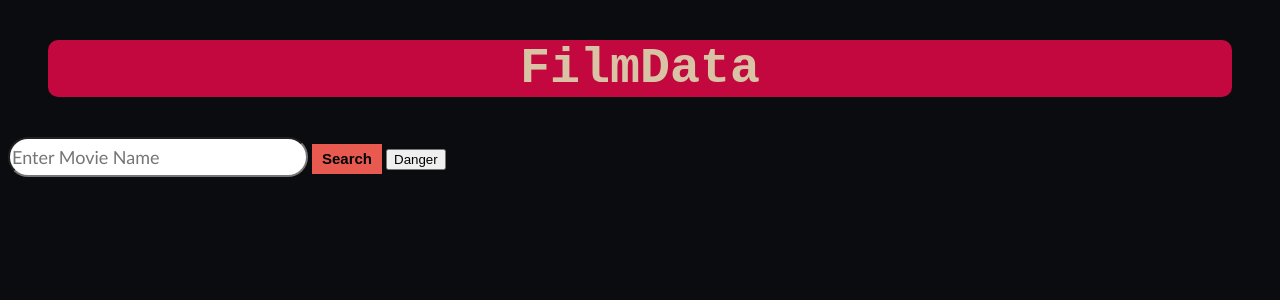
Repository: priyankajainmodi/film_data
Page: index.html
The author's editor kept a copy of each file at every save. The page is drawn from the files as they stood at one save, then again after the next save.
The browser window is 1280 px wide. The pictures show the whole page.

Above is the page before, as saved 2021-11-26 13:39:44.

### index.html
<html>

<head>
    <title>FilmData</title>

    <link rel="icon" href="favicon/favicon.ico" type="image/x-icon">
    <link rel="stylesheet" href="https://cdnjs.cloudflare.com/ajax/libs/font-awesome/4.7.0/css/font-awesome.min.css">

    <meta name="viewport" content="width=device-width, initial-scale=1.0">
    <style>
        #leftbox {
            float: left;
            margin-top: 20;
            width: 30%;
            height: 455px;
            margin-bottom: 30;
        }

        #rightbox {
            float: right;
            margin-top: 20;
            width: 70%;
            height: 455px;
            margin-bottom: 30;
        }

        .button {
            background-color: #E85A4F;
            border: none;
            color: black;
            text-align: center;
            font-size: 15px;
            opacity: 1;
            transition: 0.3s;
            display: inline-block;
            text-decoration: none;
            cursor: pointer;
            height: 30px;
            width: 70px;
        }

        .button:hover {
            opacity: 0.6
        }
    </style>

</head>

<body bgcolor="#0B0C10">
    <h1 id="heading" style="color:#D8C3A5;margin-bottom:50;border-radius:10px; text-align:center;font-family:monospace;background-color:#C3073F;font-size:50px;margin:40px;">FilmData</h1>

    <div id="enter">



        <input class="input" style=" border-radius:20px;height:40;width:300;font-size:18;font-family:calibri;" type="text" placeholder="Enter Movie Name"></input>
        <button class="button"><b>Search</b></button>
        <button type="button" class="btn btn-danger">Danger</button>
    </div>

    <div id="content">
        <div>
            <div id="leftbox">
            </div>
            <div id="rightbox"></div>
        </div>
        <br>
        <br>
        <table id="tb">

        </table>
    </div>

    <script src="https://cdn.jsdelivr.net/npm/axios/dist/axios.min.js"></script>
    <script src="film_data.js"></script>
</body>

</html>

### film_data.js
function reset() {
    while (document.querySelector('iframe') != null) {
        document.querySelector('iframe').remove();
    }
    while (document.querySelector('img') != null) {
        document.querySelector('img').remove();
    }

    let tble = document.querySelector('#tb');
    tble.innerHTML = "";
    while (document.querySelector('h2') != null) {
        document.querySelector('h2').remove();
    }

}
let inp = document.querySelector('input');
let but = document.querySelector('button')



but.onclick = () => {
    fetch(`https://www.omdbapi.com/?t=${inp.value}&apikey=a5b97ecf`)
        .then((res) => { return res.json(); })
        .then((data) => {

            if (data.Response == 'False') {
                reset();
                let p = document.createElement('h2');
                p.append(`${data.Error} \n Check the spelling once`);
                p.style.color = 'white';
                document.querySelector('#leftbox').appendChild(p);

            } else {
                reset();
                let tble = document.querySelector('#tb');
                let row1 = tble.insertRow(0);
                let cell11 = row1.insertCell(0);
                let cell12 = row1.insertCell(1);
                let row2 = tble.insertRow(1);
                let cell21 = row2.insertCell(0);
                let cell22 = row2.insertCell(1);
                let row3 = tble.insertRow(2);
                let cell31 = row3.insertCell(0);
                let cell32 = row3.insertCell(1);
                let row4 = tble.insertRow(3);
                let cell41 = row4.insertCell(0);
                let cell42 = row4.insertCell(1);
                let row5 = tble.insertRow(4);
                let cell51 = row5.insertCell(0);
                let cell52 = row5.insertCell(1);
                let row6 = tble.insertRow(5);
                let cell61 = row6.insertCell(0);
                let cell62 = row6.insertCell(1);
                let video = document.createElement('iframe');
                video.height = 400;
                video.width = 900;
                let img = document.createElement('img');
                let divi1 = document.querySelector('#leftbox');
                divi1.appendChild(img);

                fetch(`https://imdb-api.com/en/API/SearchMovie/k_3pxoshah/${inp.value}`)
                    .then(res => { return res.json(); })
                    .then((data) => { return data.results[0].id })
                    .then((title) => {

                        fetch(`https://imdb-api.com/en/API/YouTubeTrailer/k_3pxoshah/${title}`)
                            .then((res) => { console.log(res); return res.json() })
                            .then((data) => {
                                console.log(data.videoUrl);
                                if (data.videoUrl == null) {
                                    let box = document.querySelector("#rightbox");
                                    let h = document.createElement('h2');
                                    h.textContent = "Trailer not available >_<"
                                    h.style.color = 'white';
                                    box.appendChild(h);
                                } else {
                                    let url = `${data.videoUrl.replace('watch?v=', 'embed/')}`;
                                    video.src = `${url}`;
                                    let divi = document.querySelector("#rightbox");
                                    divi.appendChild(video);
                                }



                            })

                    })
                    .catch((err) => { console.log(err); })


                img.src = data.Poster;
                img.style.display = 'block';
                img.alt = "image couldn't load -_-";
                img.style.color = 'white';

                //row for actor details

                row1.style.fontSize = 20;

                cell11.innerHTML = 'Actors';
                cell12.innerHTML = `${data.Actors}`;
                cell11.style.color = '#E85A4F';
















                cell12.style.color = 'white';
                cell11.style.paddingRight = 50;
                cell12.style.width = 700;

                //row for director detail

                row2.style.fontSize = 20;

                cell21.innerHTML = 'Director';
                cell22.innerHTML = `${data.Director}`;
                cell21.style.color = '#E85A4F';



                cell22.style.color = 'white';
                cell21.style.paddingRight = 50;
                cell22.style.width = 700;

                //row for genre detail

                row3.style.fontSize = 20;

                cell31.innerHTML = 'Genre';
                cell32.innerHTML = `${data.Genre}`;
                cell31.style.color = '#E85A4F';



                cell32.style.color = 'white';
                cell31.style.paddingRight = 50;
                cell32.style.width = 700;

                //row for plot

                row4.style.fontSize = 20;

                cell41.innerHTML = 'Plot';
                cell42.innerHTML = `${data.Plot}`;
                cell41.style.color = '#E85A4F';



                cell42.style.color = 'white';
                cell41.style.paddingRight = 50;
                cell42.style.width = 700;

                //row for movie time


                row5.style.fontSize = 20;

                cell51.innerHTML = 'Duration';
                let time = parseInt(data.Runtime);
                cell52.innerHTML = `${Math.floor(time/60)} hr ${time%60} min`;
                cell51.style.color = '#E85A4F';



                cell52.style.color = 'white';
                cell51.style.paddingRight = 50;
                cell52.style.width = 700;

                //imdb rating


                row6.style.fontSize = 20;

                cell61.innerHTML = 'imdbRating';

                cell62.innerHTML = `${data.imdbRating}/10`;
                cell61.style.color = '#E85A4F';



                cell62.style.color = 'white';
                cell61.style.paddingRight = 50;
                cell62.style.width = 700;




            }


        })
}

After the next save:
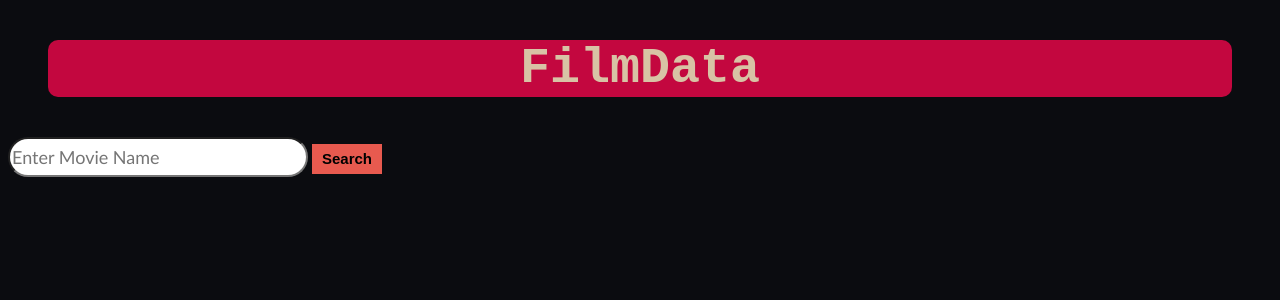
Saved 52 min 29 s later.
--- a/index.html
+++ b/index.html
@@ -55,7 +55,7 @@
 
         <input class="input" style=" border-radius:20px;height:40;width:300;font-size:18;font-family:calibri;" type="text" placeholder="Enter Movie Name"></input>
         <button class="button"><b>Search</b></button>
-        <button type="button" class="btn btn-danger">Danger</button>
+
     </div>
 
     <div id="content">
